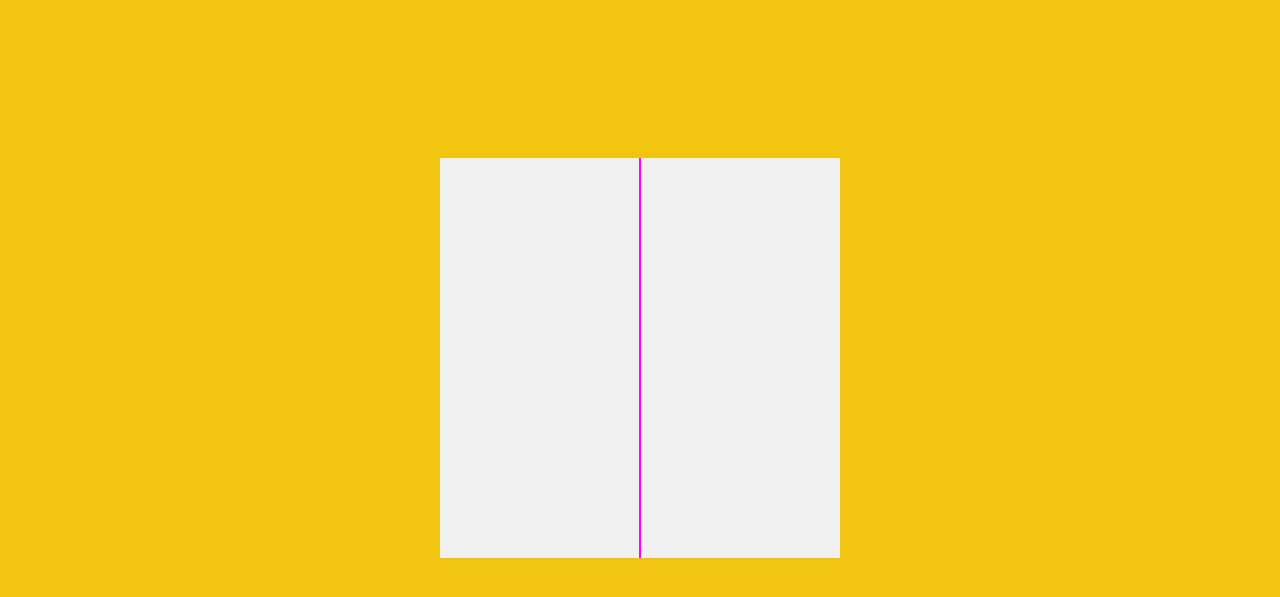
Repository: animarcus/graphing-app
Page: index.html
These files come from the project's save history. The page is drawn as it stood at one moment and after a run of saves; the edit follows.
The browser window is 1280 px wide. The pictures show the whole page.
Some web libraries are served in a nearby version.

Above is the page before, as saved 2020-09-26 19:19:58.

### index.html
<!DOCTYPE html>
<html lang="en">
<head>
  <link rel="apple-touch-icon"sizes="180x180"href="/icons/apple-touch-icon.png">
  <link rel="icon"type="image/png"sizes="32x32"href="/icons/favicon-32x32.png">
  <link rel="icon"type="image/png"sizes="16x16"href="/icons/favicon-16x16.png">
  <link rel="manifest"href="/icons/site.webmanifest">

  <link rel="stylesheet" href="css/style.css">
  <meta charset="UTF-8">
  <meta name="viewport" content="width=device-width, initial-scale=1.0, maximum-scale=1.0, user-scalable=0">
  <title>PLACEHOLDER</title>

  <script type="text/javascript" src="https://cdn.jsdelivr.net/npm/p5@1.1.4/lib/p5.min.js"></script>
  <script src="js/sketch.js"></script>
</head>
<body>
  <div id="canvas1"></div>
</body>
</html>

### css/style.css
* {
  cursor: default;
  /* -webkit-touch-callout: none;
  -webkit-user-select: none;
  -khtml-user-select: none;
  -moz-user-select: none;
  -ms-user-select: none;
  user-select: none; */
}
body {
  background: #f1c40f;
  height: 100%;
  overflow-y: hidden;
  overflow-x: hidden;
  /* border-radius: 50%; */
}

#canvas1 {
  position: absolute;
  top:50%;
  left:50%;
  transform: translate(-50%,-50%);
}

### js/sketch.js

let canvasW = 400;
let canvasH = 400;

function setup() {
  let canvas = createCanvas(canvasW,canvasH);
  canvas.parent("canvas1");

  background(240);
}


function draw() {
  fill(color("green"));
  translate(canvasW/2, canvasH/2);
  // rect(0,0,50,50);
  drawHandlers.drawGrid();
}


let drawHandlers = {
  drawGrid : function() {
    // console.table(alpha());

    // translate(canvasW/2, canvasH/2);
    stroke('rgba(100%,0%,100%,0.5)');
    strokeWeight(2);
    line(0, -canvasH/2, 0, canvasH/2);

  }
}

After the next 5 saves:
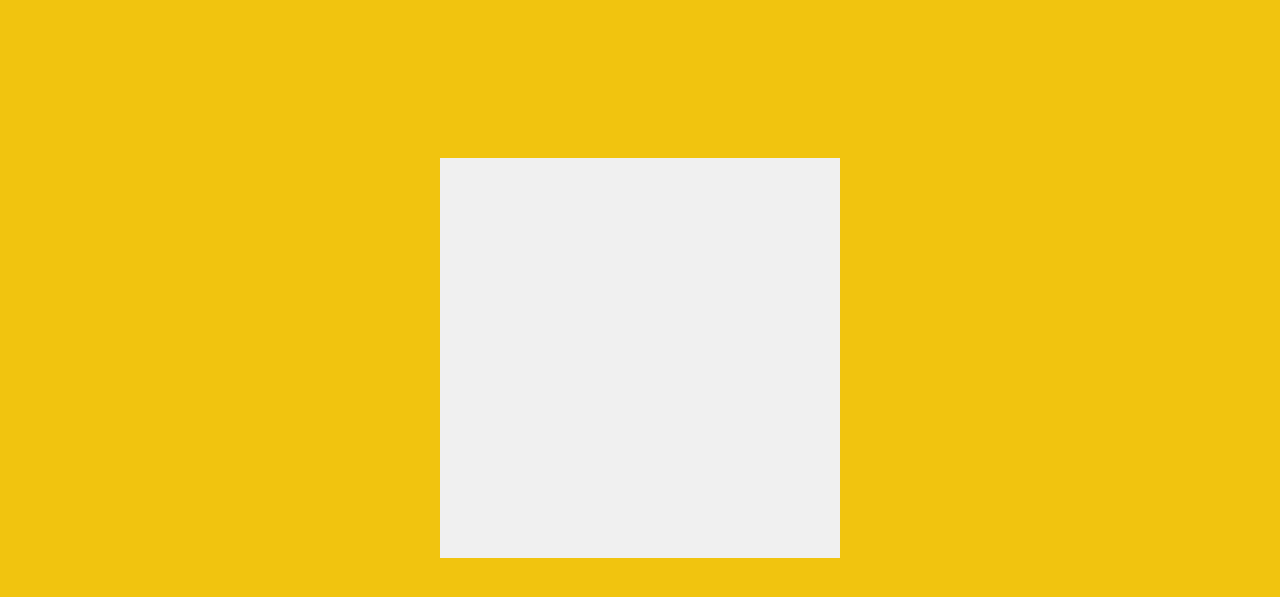
The 5 saves are shown as one change because they came seconds apart.
The last was saved 19 s later.
--- a/js/sketch.js
+++ b/js/sketch.js
@@ -23,7 +23,7 @@ let drawHandlers = {
     // console.table(alpha());
 
     // translate(canvasW/2, canvasH/2);
-    stroke('rgba(100%,0%,100%,0.5)');
+    stroke(255,255,255,0.5);
     strokeWeight(2);
     line(0, -canvasH/2, 0, canvasH/2);
 
